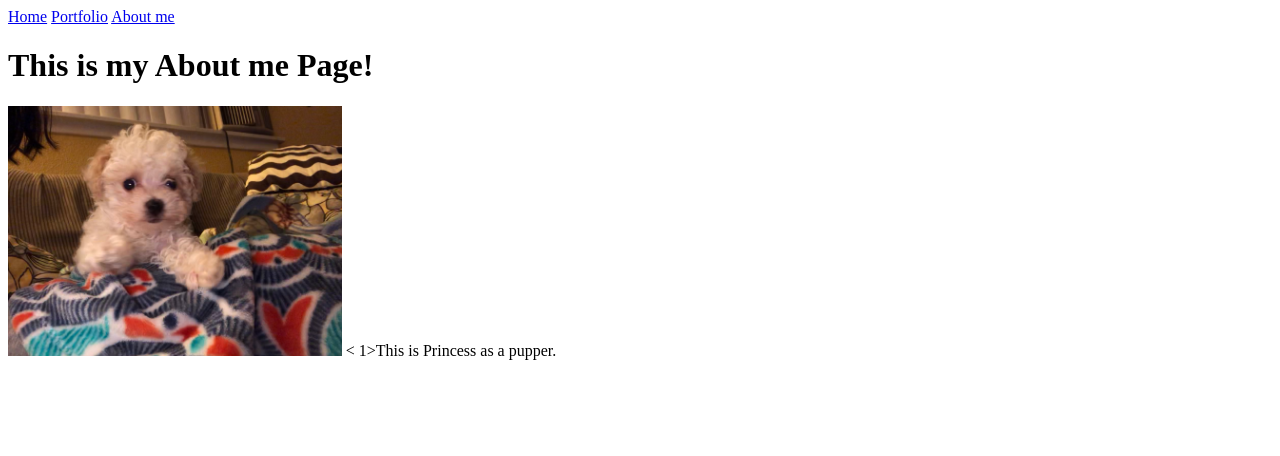
Repository: kjuarez1967/kjuarez1967.github.io
Page: my_website/about_me.html
The author's editor kept a record of every edit. The page is drawn from the files as they stood at one moment, then again after the next edit.
The browser window is 1280 px wide. The pictures show the whole page.

Above is the page before.

### my_website/about_me.html
<!doctype html>
	<html lang="en">
	  <head>
	    <meta charset="utf-8">
	    <title>Portfolio</title>
	  </head>
	  <body>
    <a href="index.html">Home</a>
    <a href="portfolio.html">Portfolio</a>
    <a href="about_me.html">About me</a>
    <h1>This is my About me Page!</h1>
    <img src="images/Princess.jpg" height="250">
   <

   </body>1>This is Princess as a pupper.</h1>
    <br>
    </a>
	  </body>
	</html>

After the next edit:
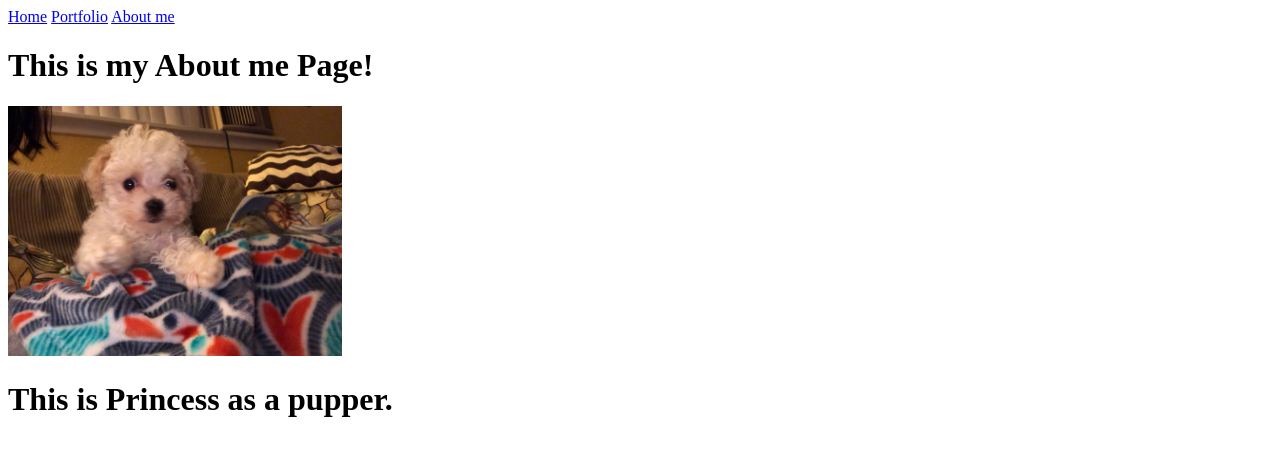
The edit:
--- a/my_website/about_me.html
+++ b/my_website/about_me.html
@@ -10,9 +10,7 @@
     <a href="about_me.html">About me</a>
     <h1>This is my About me Page!</h1>
     <img src="images/Princess.jpg" height="250">
-   <
-
-   </body>1>This is Princess as a pupper.</h1>
+   <h1>This is Princess as a pupper.</h1>
     <br>
     </a>
 	  </body>
